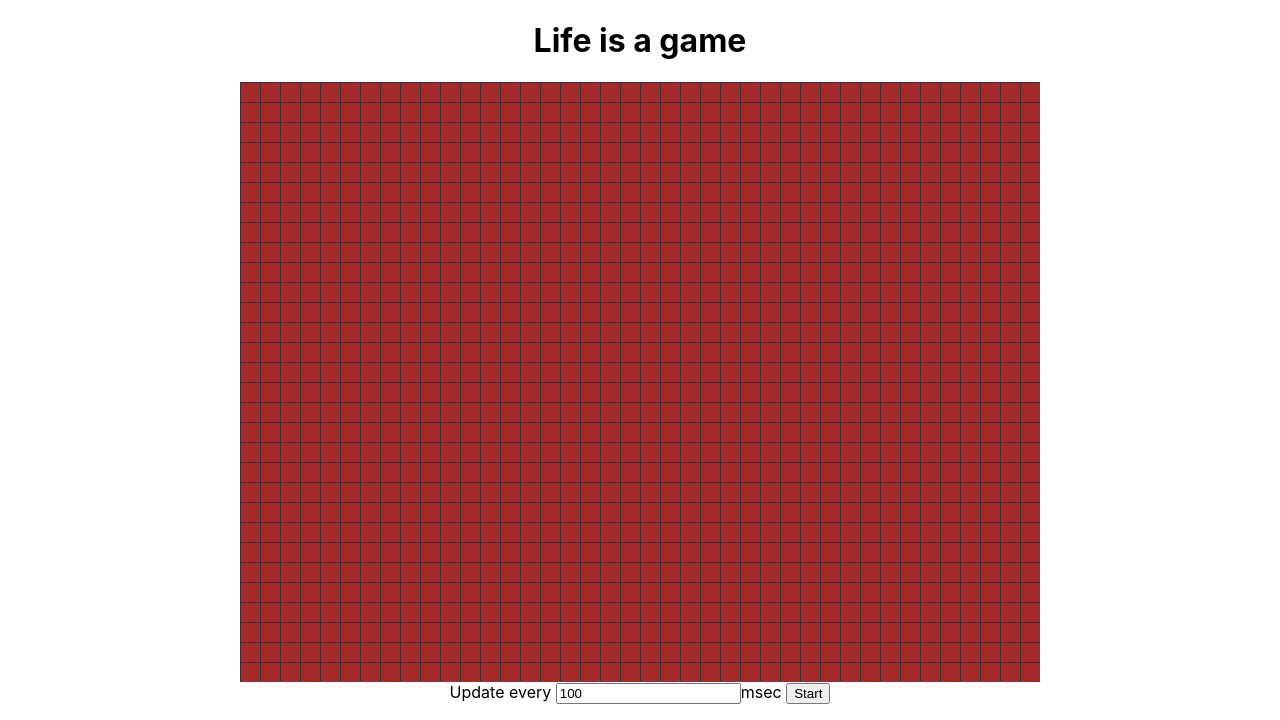
Repository: philipep-galdino/game-of-life
Page: /
The author's editor kept a copy of each file at every save. The page is drawn from the files as they stood at one save, then again after the next save.
The browser window is 1280 px wide. The pictures show the whole page.
The project was rebuilt for these pictures with package versions that can differ from the ones it lists, and the page was loaded fresh each time.

Above is the page before, as saved 2020-06-17 23:37:26.

After the next save:
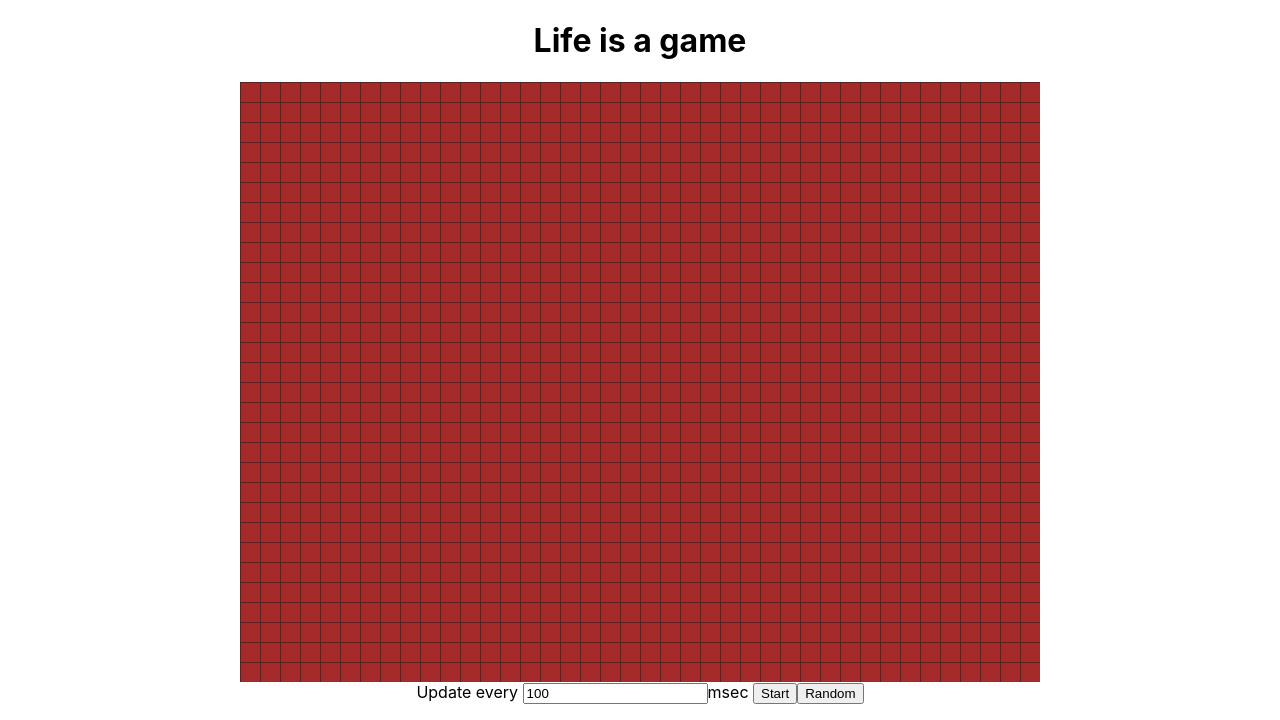
Saved 6 min 48 s later.
--- a/src/Game.js
+++ b/src/Game.js
@@ -167,6 +167,16 @@ class Game extends React.Component {
         this.setState({ cells: this.createCells()});
     }
 
+    handleRandom = () => {
+        for (let y = 0; y < this.rows; y++) {
+            for (let x = 0; x < this.cols; x++) {
+                this.board[y][x] = (Math.random() >= 0.5);
+            }
+        }
+
+        this.setState({ cells: this.createCells() });
+    }
+
     render() {
         const { cells } = this.state;
         return (
@@ -179,7 +189,11 @@ class Game extends React.Component {
                 </div>
 
                 <div className='controls'>
-                    Update every <input value={this.state.interval} onChange={this.handleIntervalChange} />msec {this.state.isRunning ? <button className='button' onClick={this.stopGame}>Stop</button> : <button className='button' onClick={this.startGame}>Start</button>}
+                    Update every <input value={this.state.interval} onChange={this.handleIntervalChange} />msec {this.state.isRunning ?
+                         <button className='button' onClick={this.stopGame}>Stop</button> :
+                          <button className='button' onClick={this.startGame}>Start</button>
+                        }
+                        <button className="button" onClick={this.handleRandom}>Random</button>
                 </div>
             </div>
 
